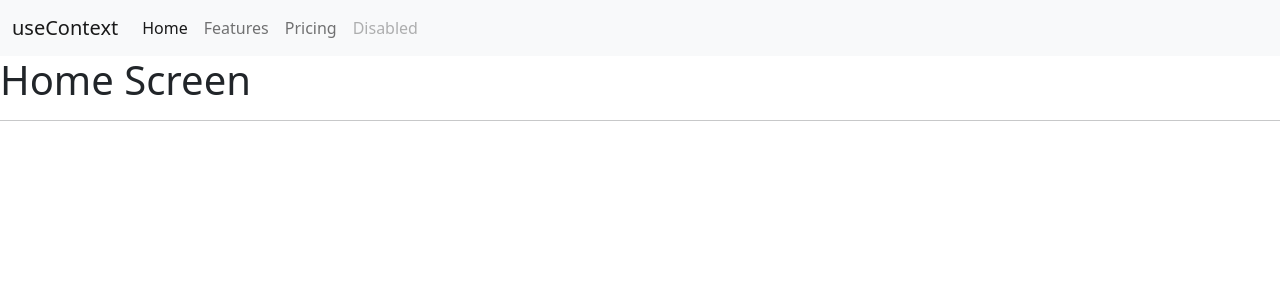
Repository: ppfeliuu/hooks-app
Page: /
These files come from the project's save history. The page is drawn as it stood at one moment and after the next save; the edit follows.
The browser window is 1280 px wide. The pictures show the whole page.
The project was rebuilt for these pictures with package versions that can differ from the ones it lists, and the page was loaded fresh each time. A package was used in the major version that the imports need, not the one package.json lists. Also part of the build but not shown: src/components/09-useContext/AboutScreen.js, src/components/09-useContext/LoginScreen.js.

Above is the page before, as saved 2021-05-30 13:59:18.

### public/index.html
<!DOCTYPE html>
<html lang="en">
  <head>
    <meta charset="utf-8" />
    <link rel="icon" href="%PUBLIC_URL%/favicon.ico" />
    <meta name="viewport" content="width=device-width, initial-scale=1" />
    <meta name="theme-color" content="#000000" />
    <meta
      name="description"
      content="Web site created using create-react-app"
    />
    <link rel="apple-touch-icon" href="%PUBLIC_URL%/logo192.png" />
    <!--
      manifest.json provides metadata used when your web app is installed on a
      user's mobile device or desktop. See https://developers.google.com/web/fundamentals/web-app-manifest/
    -->
    <link rel="manifest" href="%PUBLIC_URL%/manifest.json" />
    <!--
      Notice the use of %PUBLIC_URL% in the tags above.
      It will be replaced with the URL of the `public` folder during the build.
      Only files inside the `public` folder can be referenced from the HTML.

      Unlike "/favicon.ico" or "favicon.ico", "%PUBLIC_URL%/favicon.ico" will
      work correctly both with client-side routing and a non-root public URL.
      Learn how to configure a non-root public URL by running `npm run build`.
    -->
    <link
      href="https://cdn.jsdelivr.net/npm/bootstrap@5.0.1/dist/css/bootstrap.min.css"
      rel="stylesheet"
      integrity="sha384-+0n0xVW2eSR5OomGNYDnhzAbDsOXxcvSN1TPprVMTNDbiYZCxYbOOl7+AMvyTG2x"
      crossorigin="anonymous"
    />
    <title>Hooks App</title>
  </head>
  <body>
    <noscript>You need to enable JavaScript to run this app.</noscript>
    <div id="root"></div>
    <!--
      This HTML file is a template.
      If you open it directly in the browser, you will see an empty page.

      You can add webfonts, meta tags, or analytics to this file.
      The build step will place the bundled scripts into the <body> tag.

      To begin the development, run `npm start` or `yarn start`.
      To create a production bundle, use `npm run build` or `yarn build`.
    -->
  </body>
</html>

### src/index.js
import React from "react";
import ReactDOM from "react-dom";
// import { Padre } from "./components/07-tarea-memo/Padre";
// import { CallBackHook } from "./components/06-memos/CallBackHook";
// import { MemoHook } from "./components/06-memos/MemoHooks";
// import { CounterApp } from "./components/01-useState/CounterApp";
// import { CounterWithCustomHook } from "./components/01-useState/CounterWithCustomHook";
// import { FormWithCustomHook } from "./components/02-useEffect/FormWithCustomHook";
// import { SimpleForm } from "./components/02-useEffect/SimpleForm";
// import { FocusScreen } from "./components/04-useRef/FocusScreen";
// import { RealExampleRef } from "./components/04-useRef/RealExampleRef";
// import { LayoutEffects } from "./components/05-useLayoutEffect/LayoutEffect";
// import { MultipleCustomHooks } from "./components/examples/MultipleCustomHooks";
// import { HookApp } from "./HookApp";
// import { Memorize } from "./components/06-memos/Memorize";
// import { TodoApp } from "./components/08-useReducer/TodoApp";
import { MainApp } from "./components/09-useContext/MainApp";

ReactDOM.render(<MainApp />, document.getElementById("root"));
// import "./components/08-useReducer/intro-reducer";

### src/components/09-useContext/MainApp.js
import React from "react";
import { AppRouter } from "./AppRouter";

export const MainApp = () => {
  return (
    <div>
      <AppRouter />
    </div>
  );
};

### src/components/09-useContext/AppRouter.js
import React from "react";
import {
  BrowserRouter as Router,
  Switch,
  Route,
  Redirect,
} from "react-router-dom";
import { AboutScreen } from "./AboutScreen";
import { LoginScreen } from "./LoginScreen";
import { HomeScreen } from "./HomeScreen";
import { NavBar } from "./NavBar";

export const AppRouter = () => {
  return (
    <Router>
      <div>
        <NavBar />
        <Switch>
          <Route path="/" exact component={HomeScreen} />
          <Route path="/about" component={AboutScreen} />
          <Route path="/login" component={LoginScreen} />
          <Redirect to="/" />
        </Switch>
      </div>
    </Router>
  );
};

### src/components/09-useContext/HomeScreen.js
import React from "react";

export const HomeScreen = () => {
  return (
    <div>
      <h1>Home Screen</h1>
      <hr />
    </div>
  );
};

### src/components/09-useContext/NavBar.js
import React from "react";
import { Link, NavLink } from "react-router-dom";

export const NavBar = () => {
  return (
    <nav className="navbar navbar-expand-sm navbar-light bg-light">
      <div className="container-fluid">
        <a className="navbar-brand" href="#">
          useContext
        </a>

        <div className="collapse navbar-collapse" id="navbarNav">
          <ul className="navbar-nav">
            <li className="nav-item">
              <a className="nav-link active" aria-current="page" href="#">
                Home
              </a>
            </li>
            <li className="nav-item">
              <a className="nav-link" href="#">
                Features
              </a>
            </li>
            <li className="nav-item">
              <a className="nav-link" href="#">
                Pricing
              </a>
            </li>
            <li className="nav-item">
              <a
                className="nav-link disabled"
                href="#"
                tabindex="-1"
                aria-disabled="true"
              >
                Disabled
              </a>
            </li>
          </ul>
        </div>
      </div>
    </nav>
  );
};

After the next save:
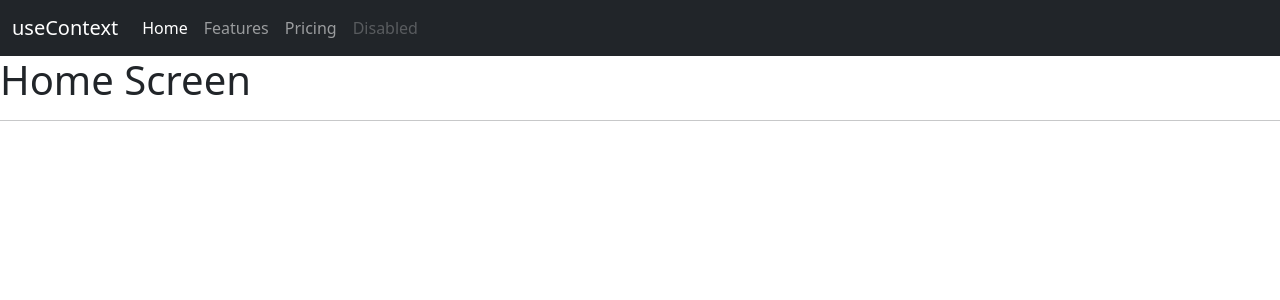
Saved 9 s later.
--- a/src/components/09-useContext/NavBar.js
+++ b/src/components/09-useContext/NavBar.js
@@ -3,7 +3,7 @@ import { Link, NavLink } from "react-router-dom";
 
 export const NavBar = () => {
   return (
-    <nav className="navbar navbar-expand-sm navbar-light bg-light">
+    <nav className="navbar navbar-expand-sm navbar-dark bg-dark">
       <div className="container-fluid">
         <a className="navbar-brand" href="#">
           useContext
